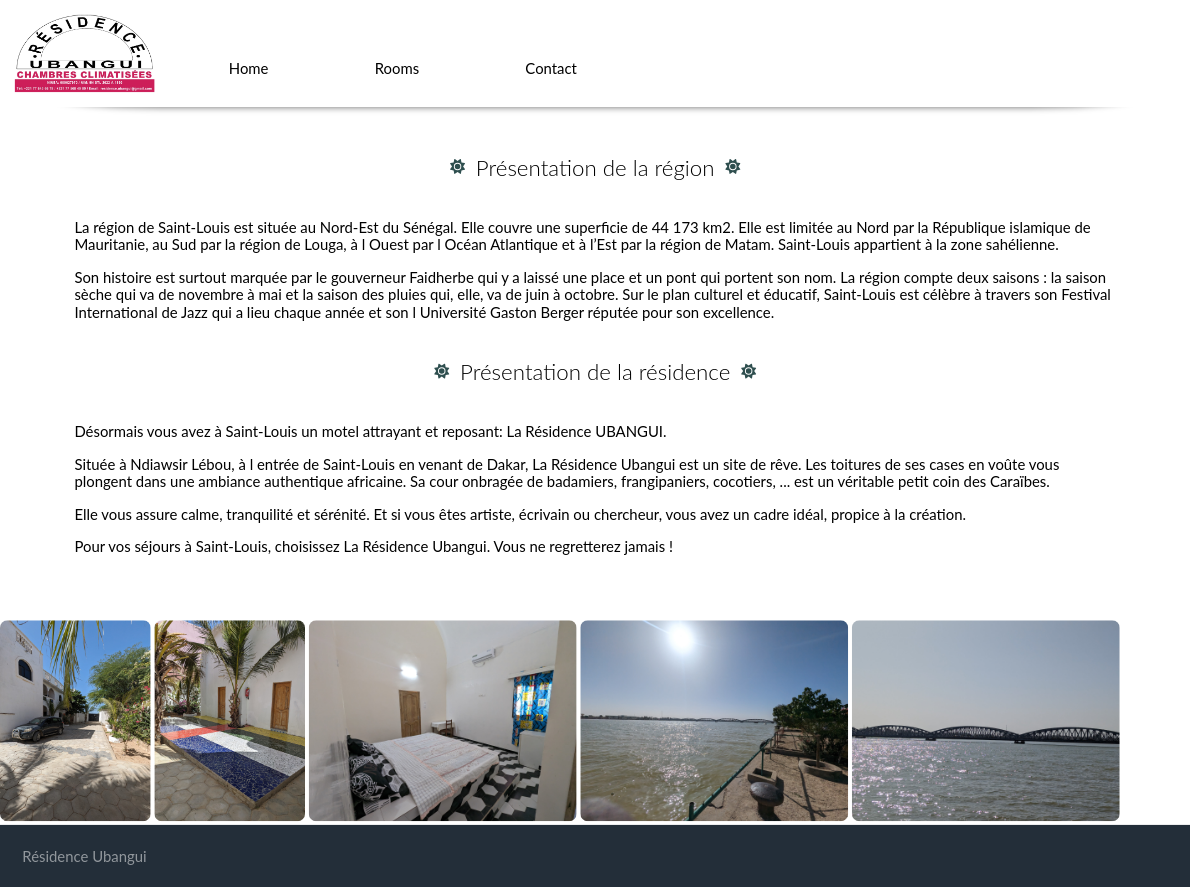
Repository: Nedjim/ubangui
Page: /
These files come from the project's save history. The page is drawn as it stood at one moment and after the next save; the edit follows.
The browser window is 1280 px wide. The pictures show the whole page, at 93% of full size.
The project was rebuilt for these pictures with package versions that can differ from the ones it lists, and the page was loaded fresh each time. The framework's server and built-in components were replaced by stand-ins that run in the browser. Also part of the build but not shown: nuxt.config.ts, components/Test.vue, components/Title.vue.

Above is the page before, as saved 2024-01-11 23:07:04.

After the next save:
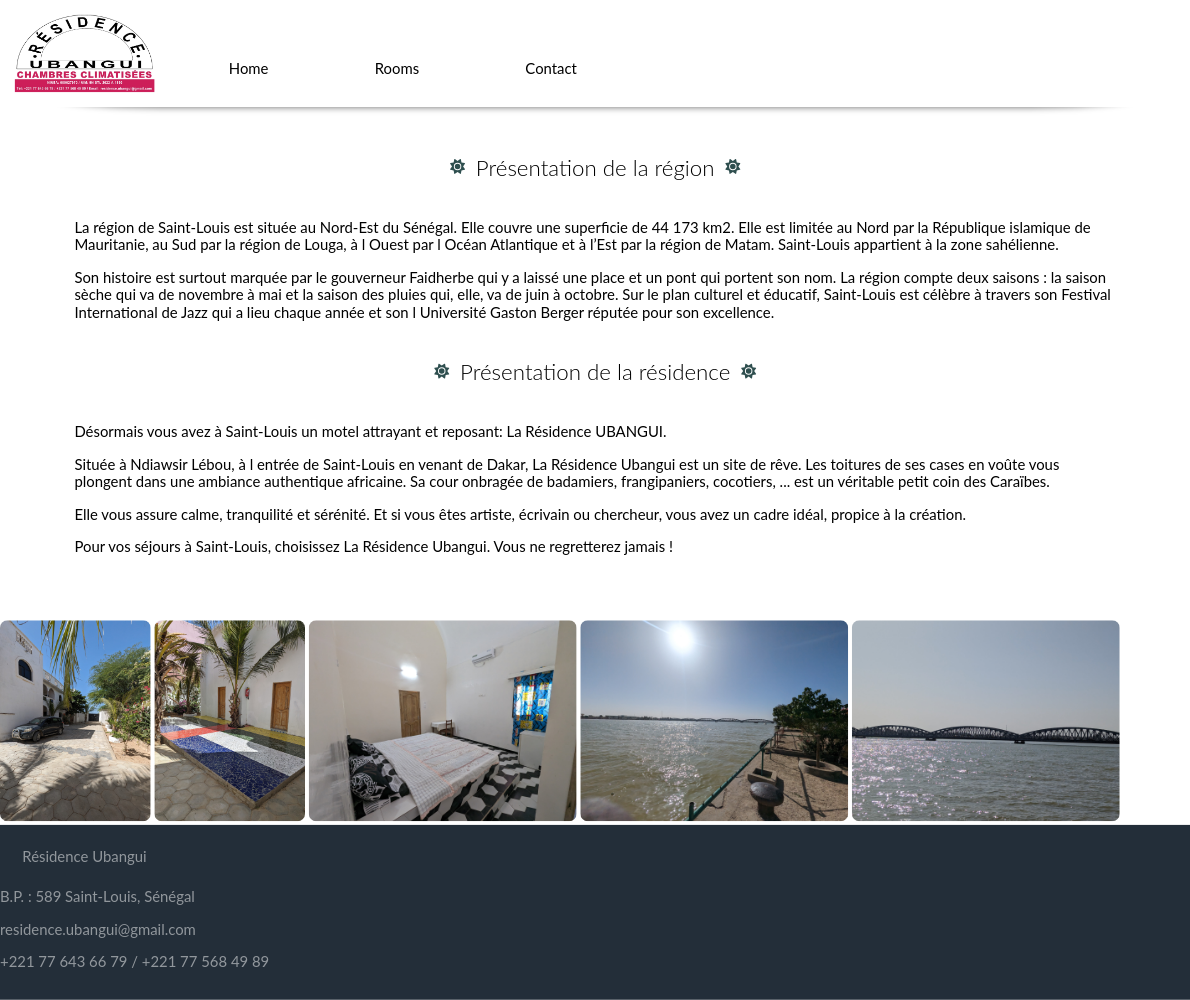
Saved 16 h 41 min later.
--- a/components/Footer.vue
+++ b/components/Footer.vue
@@ -1,7 +1,21 @@
+<script setup lang="ts">
+
+const address = "B.P. : 589 Saint-Louis, Sénégal";
+const mail = "residence.ubangui@gmail.com";
+const phone_number = "+221 77 643 66 79 / +221 77 568 49 89";
+
+</script>
+
 <template>
   <footer>
     <div class="content">
       Résidence Ubangui
+    </div>
+
+    <div>
+      <p>{{ address }}</p>
+      <p>{{ mail }}</p>
+      <p>{{ phone_number }}</p>
     </div>
   </footer>
 </template>
